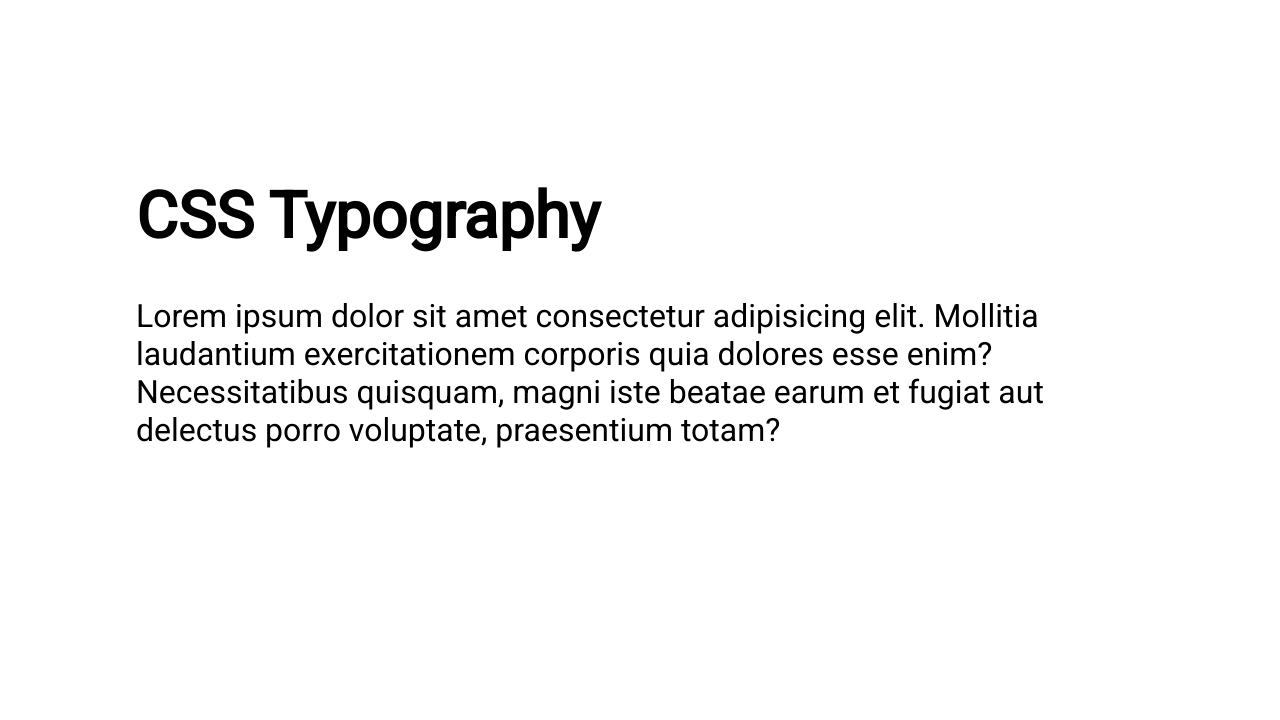
Repository: madhurik9999/Css
Page: index.html
The author's editor kept a copy of each file at every save. The page is drawn from the files as they stood at one save, then again after the next save.
The browser window is 1280 px wide. The pictures show the whole page.

Above is the page before, as saved 2023-12-10 13:43:25.

### index.html
<!DOCTYPE html>
<html lang="en">

<head>
    <meta charset="UTF-8">
    <meta http-equiv="X-UA-Compatible" content="IE=edge">
    <meta name="viewport" content="width=device-width, initial-scale=1.0">
    <title>Document</title>
    <link rel="stylesheet" href="styles/style.css">
</head>

<body>
    <header>
        <h1>CSS Typography</h1>
    </header>
    <main>
        <p>Lorem ipsum dolor sit amet consectetur adipisicing elit. Mollitia laudantium exercitationem corporis quia
            dolores esse enim? Necessitatibus quisquam, magni iste beatae earum et fugiat aut delectus porro voluptate,
            praesentium totam?</p>
        <!--
        <form>
            <label for="name">Name:</label>
            <input id="name" type="text" placeholder="Your Name" />
            <button>Submit</button>
        </form> -->
    </main>
</body>

</html>

### styles/style.css
/* Links: Active,
hover,
visited,
focus  */
@import url('https://fonts.googleapis.com/css2?family=Roboto&display=swap');

body {
    padding: 10%;
    font-size: 2rem;
    font-family: 'Roboto', sans-serif;
}

After the next save:
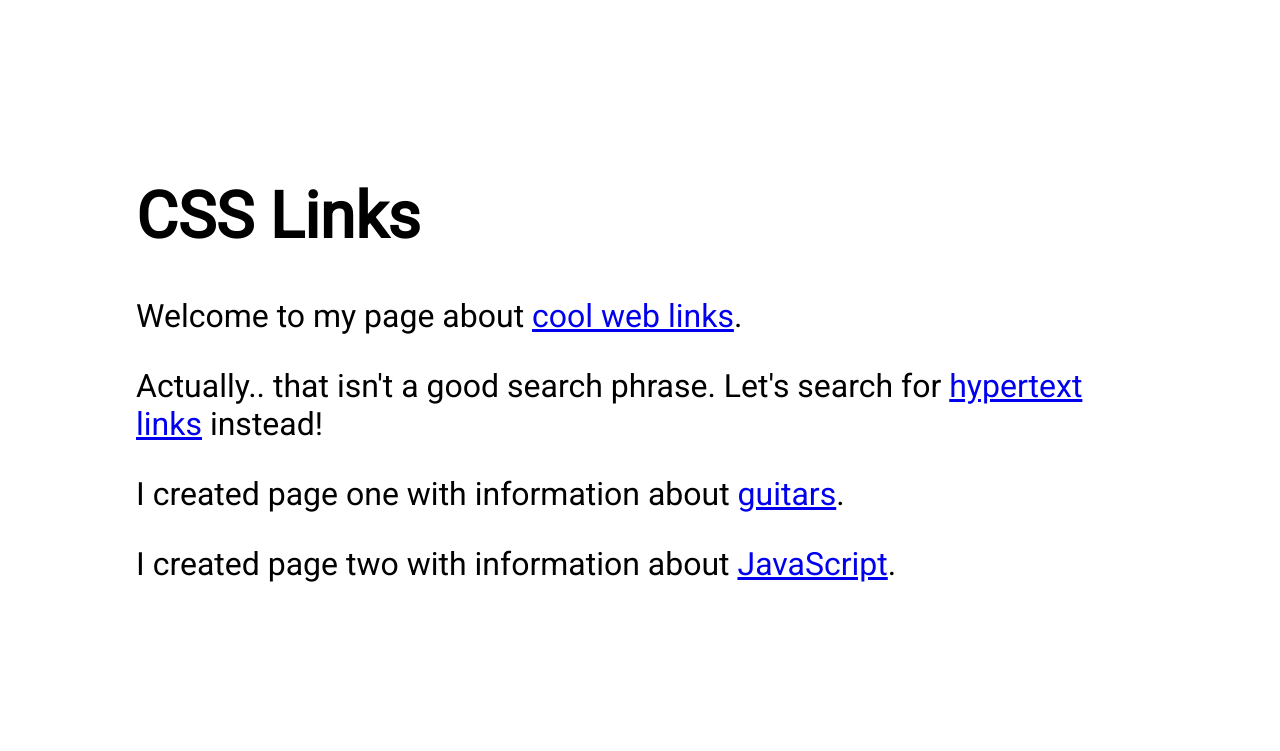
Saved 34 s later.
--- a/index.html
+++ b/index.html
@@ -5,24 +5,23 @@
     <meta charset="UTF-8">
     <meta http-equiv="X-UA-Compatible" content="IE=edge">
     <meta name="viewport" content="width=device-width, initial-scale=1.0">
-    <title>Document</title>
-    <link rel="stylesheet" href="styles/style.css">
+    <title>CSS Links</title>
+    <link rel="stylesheet" href="css/style.css">
 </head>
 
 <body>
     <header>
-        <h1>CSS Typography</h1>
+        <h1>CSS Links</h1>
     </header>
     <main>
-        <p>Lorem ipsum dolor sit amet consectetur adipisicing elit. Mollitia laudantium exercitationem corporis quia
-            dolores esse enim? Necessitatibus quisquam, magni iste beatae earum et fugiat aut delectus porro voluptate,
-            praesentium totam?</p>
-        <!--
-        <form>
-            <label for="name">Name:</label>
-            <input id="name" type="text" placeholder="Your Name" />
-            <button>Submit</button>
-        </form> -->
+        <p>Welcome to my page about <a href="https://www.google.com/search?q=+web+links">cool web links</a>.</p>
+
+        <p>Actually.. that isn&apos;t a good search phrase. Let's search for <a
+                href="https://www.google.com/search?q=hypertext+links">hypertext links</a> instead!</p>
+
+        <p>I created page one with information about <a href="one.html">guitars</a>.</p>
+
+        <p>I created page two with information about <a href="two.html">JavaScript</a>.</p>
     </main>
 </body>
 
